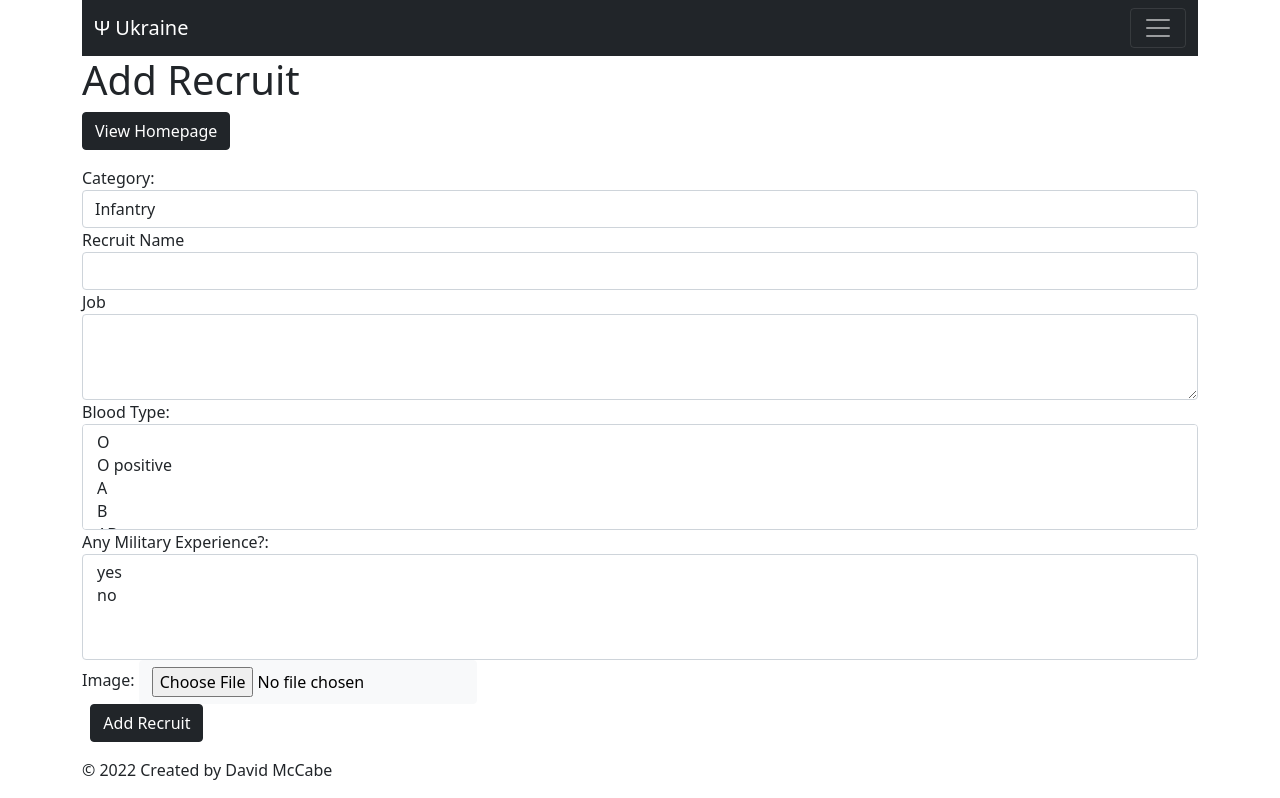
Repository: davidDKIT/ca2-davidmccabe-php
Page: http://localhost/add_record_form.php
An editor plug-in stored every save of this project. The page is shown before and after the next save, followed by the edit.
The browser window is 1280 px wide. The pictures show the whole page.
The page is run by PHP 8.4 with error messages shown; the project is at /var/www/html/. The database holds what the project's SQL file puts in it.

Above is the page before, as saved 2022-03-16 14:18:17.

After the next save:
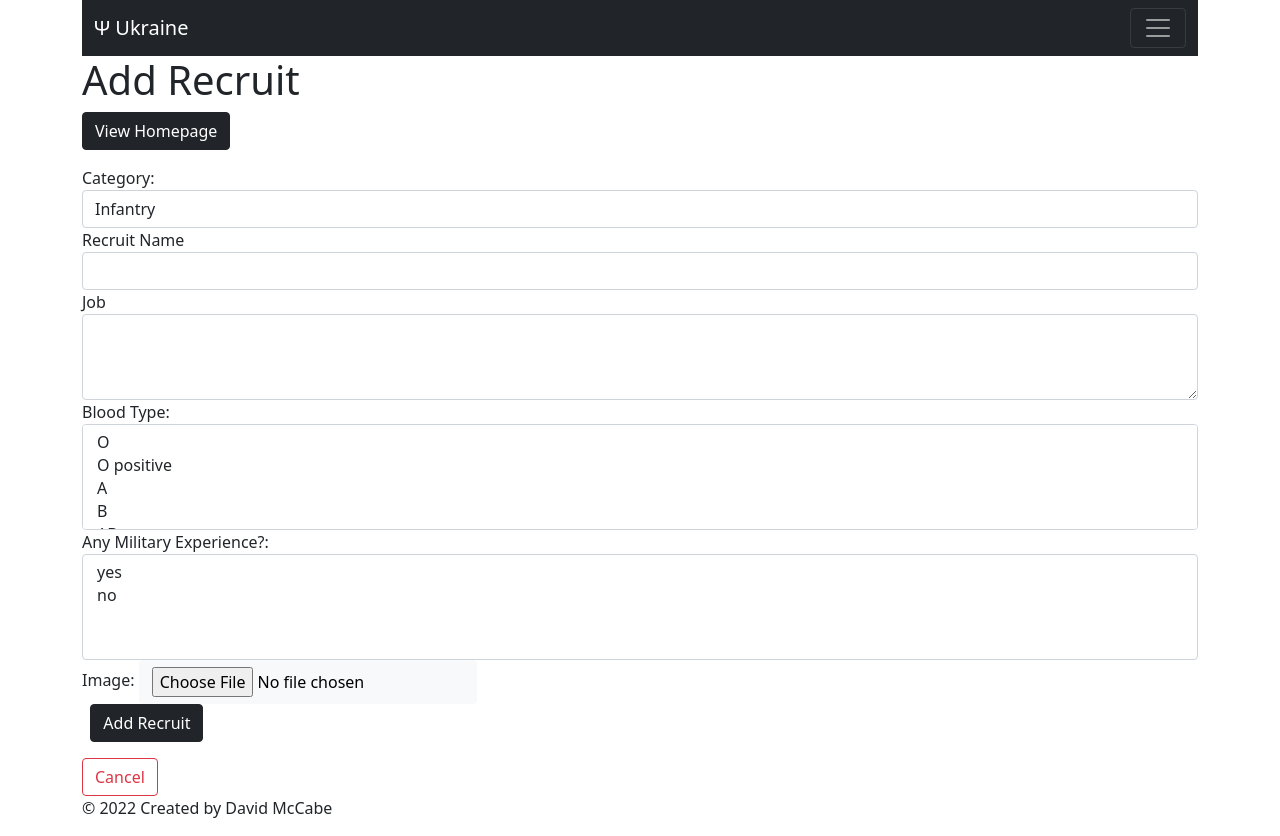
Saved 83 s later.
--- a/add_record_form.php
+++ b/add_record_form.php
@@ -29,7 +29,7 @@ $statement->closeCursor();
     </div>
     <div class="form-group">
       <label for="exampleFormControlTextarea1">Recruit Name</label>
-      <input class="form-control"  name="recruitName" onBlur="recruitName_validation();"><span id="recruitName_err"></span></li>
+      <input class="form-control" id="exampleFormControlTextarea1" name="recruitName" onBlur="recruitName_validation();"><span id="recruitName_err"></span></li>
       <label for="exampleFormControlTextarea1">Job</label>
       <textarea class="form-control" id="exampleFormControlTextarea1" name="job" rows="3"></textarea>
       <label for="exampleFormControlSelect2">Blood Type:</label>
@@ -53,7 +53,7 @@ $statement->closeCursor();
     <input class="btn btn-dark" type="submit" value="Add Recruit">
     <br>
   </form>
-
+  <a href="index.php"> <button class="btn btn-outline-danger">Cancel</button></a>
   <?php
   include('includes/footer.php');
   ?>
